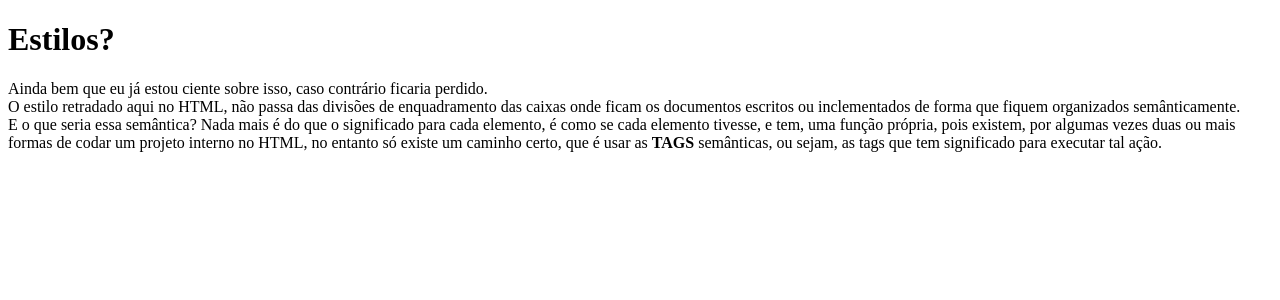
Repository: ErikMesquita/Danki-Code
Page: estilos/index.html
These files come from the project's save history. The page is drawn as it stood at one moment and after the next save; the edit follows.
The browser window is 1280 px wide. The pictures show the whole page.

Above is the page before, as saved 2023-10-29 18:14:15.

### estilos/index.html
<!DOCTYPE html>
<html lang="pt-br">

<head>
    <meta charset="UTF-8">
    <meta name="viewport" content="width=device-width, initial-scale=1.0">
    <title>Estilos em HTML</title>
</head>

<body>
    <h1>Estilos?</h1>
        <p>
            Ainda bem que eu já estou ciente sobre isso, caso contrário ficaria perdido. <br>
            O estilo retradado aqui no HTML, não passa das divisões de enquadramento das caixas onde ficam os documentos escritos ou inclementados de forma que fiquem organizados semânticamente. <br>
            E o que seria essa semântica? Nada mais é do que o significado para cada elemento, é como se cada elemento tivesse, e tem, uma função própria, pois existem, por algumas vezes duas ou mais formas de codar um projeto interno no HTML, no entanto só existe um caminho certo, que é usar as <strong>TAGS</strong> semânticas, ou sejam, as tags que tem significado para executar tal ação.
        </p>

        <h2></h2>
</body>

</html>

After the next save:
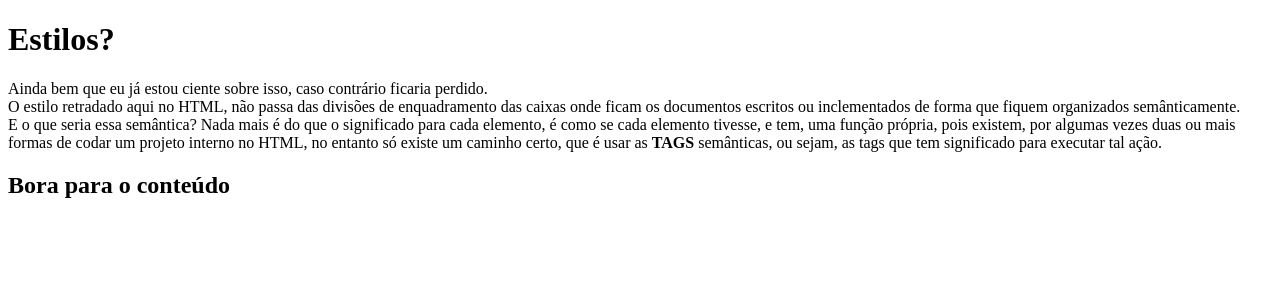
Saved 5 s later.
--- a/estilos/index.html
+++ b/estilos/index.html
@@ -15,7 +15,7 @@
             E o que seria essa semântica? Nada mais é do que o significado para cada elemento, é como se cada elemento tivesse, e tem, uma função própria, pois existem, por algumas vezes duas ou mais formas de codar um projeto interno no HTML, no entanto só existe um caminho certo, que é usar as <strong>TAGS</strong> semânticas, ou sejam, as tags que tem significado para executar tal ação.
         </p>
 
-        <h2></h2>
+        <h2>Bora para o conteúdo</h2>
 </body>
 
 </html>
